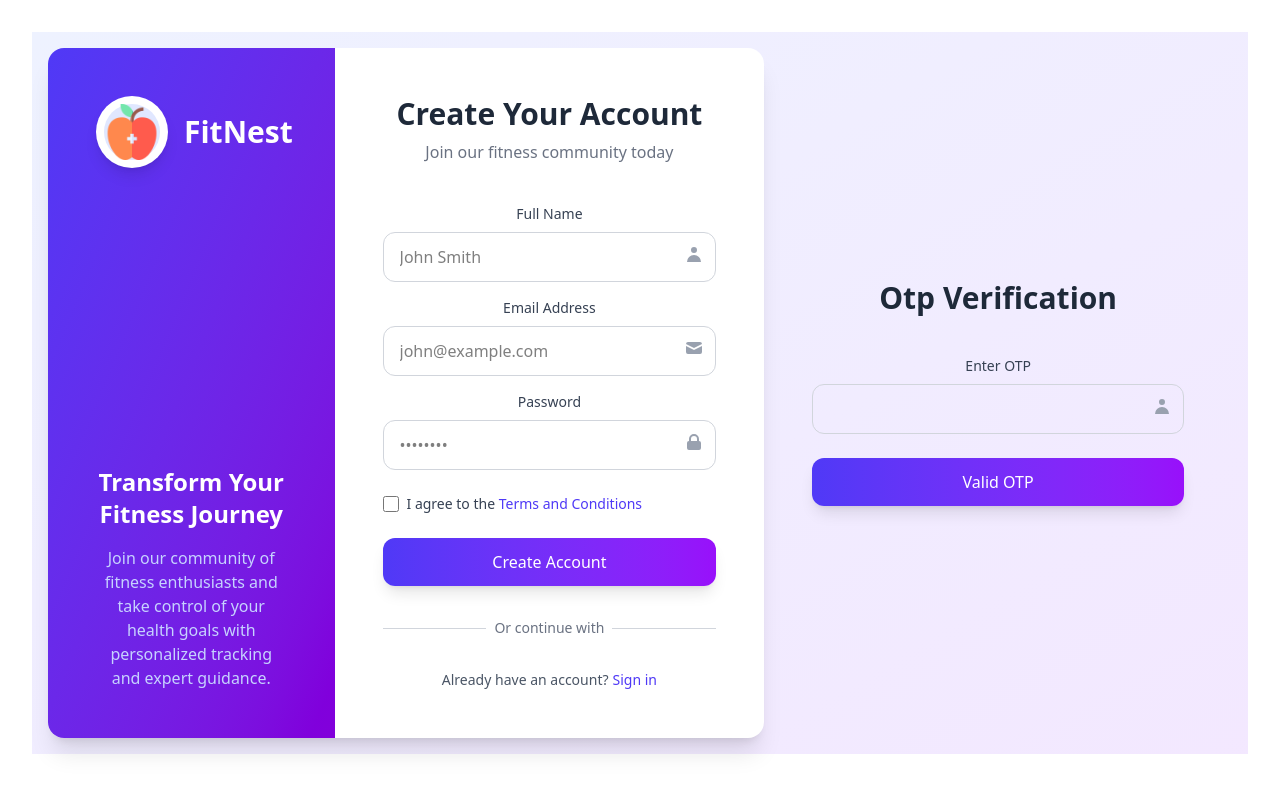
Repository: aryan151pratap/FitPanda
Page: / (app in frontened/)
These files come from the project's save history. The page is drawn as it stood at one moment and after the next save; the edit follows.
The browser window is 1280 px wide. The pictures show the whole page.
The project was rebuilt for these pictures with package versions that can differ from the ones it lists, and the page was loaded fresh each time. Also part of the build but not shown: frontened/vite.config.js.

Above is the page before, as saved 2025-06-03 23:35:19.

### frontened/src/App.jsx
import { useState } from 'react'
import './App.css'
import Page_1 from './components/page_1';
import Sign_up from './login/sign_up';

function App() {
  const [count, setCount] = useState(0)

  return (
    <>
    <div className=''>
      <Sign_up/>
      <Page_1/>
    </div>
    </>
  )
}

export default App

### frontened/src/components/page_1.jsx
function Page_1(){
	return(
		<>
		<div className="">

		</div>
		</>
	)
}

export default Page_1;

### frontened/src/login/sign_up.jsx
import React from 'react';
import apple from '../image/apple.png';
import Otp from './otp';

function Sign_up() {
  return (
    <div className="min-h-screen bg-gradient-to-br from-indigo-50 to-purple-100 flex items-center justify-center p-4">
      <div className="w-full max-w-6xl mx-auto">
        <div className="bg-white rounded-2xl shadow-xl overflow-hidden flex flex-col md:flex-row">
          {/* Left Section - Brand Showcase */}
          <div className="w-full md:w-2/5 bg-gradient-to-br from-indigo-600 to-purple-700 p-8 md:p-12 flex flex-col justify-between">
            <div className="flex items-center gap-4">
              <div className="bg-white p-2 rounded-full shadow-lg">
                <div className="bg-indigo-100 w-14 h-14 rounded-full flex items-center justify-center">
                  <img src={apple} alt="" />
                </div>
              </div>
              <h1 className="text-3xl font-bold text-white">FitNest</h1>
            </div>

            <div className="mt-12">
              <h2 className="text-2xl font-bold text-white">Transform Your Fitness Journey</h2>
              <p className="text-indigo-200 mt-4">
                Join our community of fitness enthusiasts and take control of your health goals with personalized tracking and expert guidance.
              </p>
            </div>

          </div>

          {/* Right Section - Sign Up Form */}
          <div className="w-full md:w-3/5 p-8 md:p-12">
            <div className="text-center mb-10">
              <h2 className="text-3xl font-bold text-gray-800">Create Your Account</h2>
              <p className="text-gray-500 mt-2">Join our fitness community today</p>
            </div>

            <form className="space-y-6">
              <div className="space-y-4">
                <div>
                  <label className="block text-gray-700 text-sm font-medium mb-2" htmlFor="name">
                    Full Name
                  </label>
                  <div className="relative">
                    <input
                      id="name"
                      type="text"
                      placeholder="John Smith"
                      className="w-full px-4 py-3 rounded-xl border border-gray-300 focus:outline-none focus:ring-2 focus:ring-indigo-500 focus:border-transparent transition-all"
                    />
                    <div className="absolute right-3 top-3 text-gray-400">
                      <svg xmlns="http://www.w3.org/2000/svg" className="h-5 w-5" viewBox="0 0 20 20" fill="currentColor">
                        <path fillRule="evenodd" d="M10 9a3 3 0 100-6 3 3 0 000 6zm-7 9a7 7 0 1114 0H3z" clipRule="evenodd" />
                      </svg>
                    </div>
                  </div>
                </div>

                <div>
                  <label className="block text-gray-700 text-sm font-medium mb-2" htmlFor="email">
                    Email Address
                  </label>
                  <div className="relative">
                    <input
                      id="email"
                      type="email"
                      placeholder="john@example.com"
                      className="w-full px-4 py-3 rounded-xl border border-gray-300 focus:outline-none focus:ring-2 focus:ring-indigo-500 focus:border-transparent transition-all"
                    />
                    <div className="absolute right-3 top-3 text-gray-400">
                      <svg xmlns="http://www.w3.org/2000/svg" className="h-5 w-5" viewBox="0 0 20 20" fill="currentColor">
                        <path d="M2.003 5.884L10 9.882l7.997-3.998A2 2 0 0016 4H4a2 2 0 00-1.997 1.884z" />
                        <path d="M18 8.118l-8 4-8-4V14a2 2 0 002 2h12a2 2 0 002-2V8.118z" />
                      </svg>
                    </div>
                  </div>
                </div>

                <div>
                  <label className="block text-gray-700 text-sm font-medium mb-2" htmlFor="password">
                    Password
                  </label>
                  <div className="relative">
                    <input
                      id="password"
                      type="password"
                      placeholder="••••••••"
                      className="w-full px-4 py-3 rounded-xl border border-gray-300 focus:outline-none focus:ring-2 focus:ring-indigo-500 focus:border-transparent transition-all"
                    />
                    <div className="absolute right-3 top-3 text-gray-400">
                      <svg xmlns="http://www.w3.org/2000/svg" className="h-5 w-5" viewBox="0 0 20 20" fill="currentColor">
                        <path fillRule="evenodd" d="M5 9V7a5 5 0 0110 0v2a2 2 0 012 2v5a2 2 0 01-2 2H5a2 2 0 01-2-2v-5a2 2 0 012-2zm8-2v2H7V7a3 3 0 016 0z" clipRule="evenodd" />
                      </svg>
                    </div>
                  </div>
                </div>


              </div>

              <div className="flex items-center">
                <input
                  id="terms"
                  type="checkbox"
                  className="h-4 w-4 text-indigo-600 focus:ring-indigo-500 border-gray-300 rounded"
                />
                <label htmlFor="terms" className="ml-2 block text-sm text-gray-700">
                  I agree to the <a href="#" className="text-indigo-600 hover:underline">Terms and Conditions</a>
                </label>
              </div>

              <button
                type="submit"
                className="w-full bg-gradient-to-r from-indigo-600 to-purple-600 text-white py-3 rounded-xl font-medium shadow-lg hover:from-indigo-700 hover:to-purple-700 transition-all duration-300 transform hover:-translate-y-0.5 focus:outline-none focus:ring-2 focus:ring-offset-2 focus:ring-indigo-500"
              >
                Create Account
              </button>
            </form>

            <div className="mt-8">
              <div className="relative">
                <div className="absolute inset-0 flex items-center">
                  <div className="w-full border-t border-gray-300"></div>
                </div>
                <div className="relative flex justify-center text-sm">
                  <span className="px-2 bg-white text-gray-500">Or continue with</span>
                </div>
              </div>

              <div className="mt-8 text-center text-sm text-gray-600">
                Already have an account?
                <a href="#" className="ml-1 font-medium text-indigo-600 hover:text-indigo-500 hover:underline">
                  Sign in
                </a>
              </div>
            </div>
          </div>
        </div>
      </div>
	  <Otp/>
    </div>
  );
}

export default Sign_up;

### frontened/src/login/otp.jsx
function Otp(){
	return(
		<>
		<div className="w-full md:w-3/5 p-8 md:p-12">
            <div className="text-center mb-10">
              <h2 className="text-3xl font-bold text-gray-800">Otp Verification</h2>
              <p className="text-gray-500 mt-2"></p>
            </div>

            <form className="space-y-6">
                <div>
                  <label className="block text-gray-700 text-sm font-medium mb-2" htmlFor="name">
                    Enter OTP
                  </label>
                  <div className="relative">
                    <input
                      id="name"
                      type="number"
                      className="w-full px-4 py-3 rounded-xl border border-gray-300 focus:outline-none focus:ring-2 focus:ring-indigo-500 focus:border-transparent transition-all"
                    />
                    <div className="absolute right-3 top-3 text-gray-400">
                      <svg xmlns="http://www.w3.org/2000/svg" className="h-5 w-5" viewBox="0 0 20 20" fill="currentColor">
                        <path fillRule="evenodd" d="M10 9a3 3 0 100-6 3 3 0 000 6zm-7 9a7 7 0 1114 0H3z" clipRule="evenodd" />
                      </svg>
                    </div>
                  </div>
                </div>

				<button
					type="submit"
					className="w-full bg-gradient-to-r from-indigo-600 to-purple-600 text-white py-3 rounded-xl font-medium shadow-lg hover:from-indigo-700 hover:to-purple-700 transition-all duration-300 transform hover:-translate-y-0.5 focus:outline-none focus:ring-2 focus:ring-offset-2 focus:ring-indigo-500"
				>
					Valid OTP
				</button>
            </form>


          </div>
		</>
	)
}

export default Otp;

Loaded but not shown: frontened/index.html (common file); frontened/src/main.jsx (common file); frontened/src/App.css (common file)

After the next save:
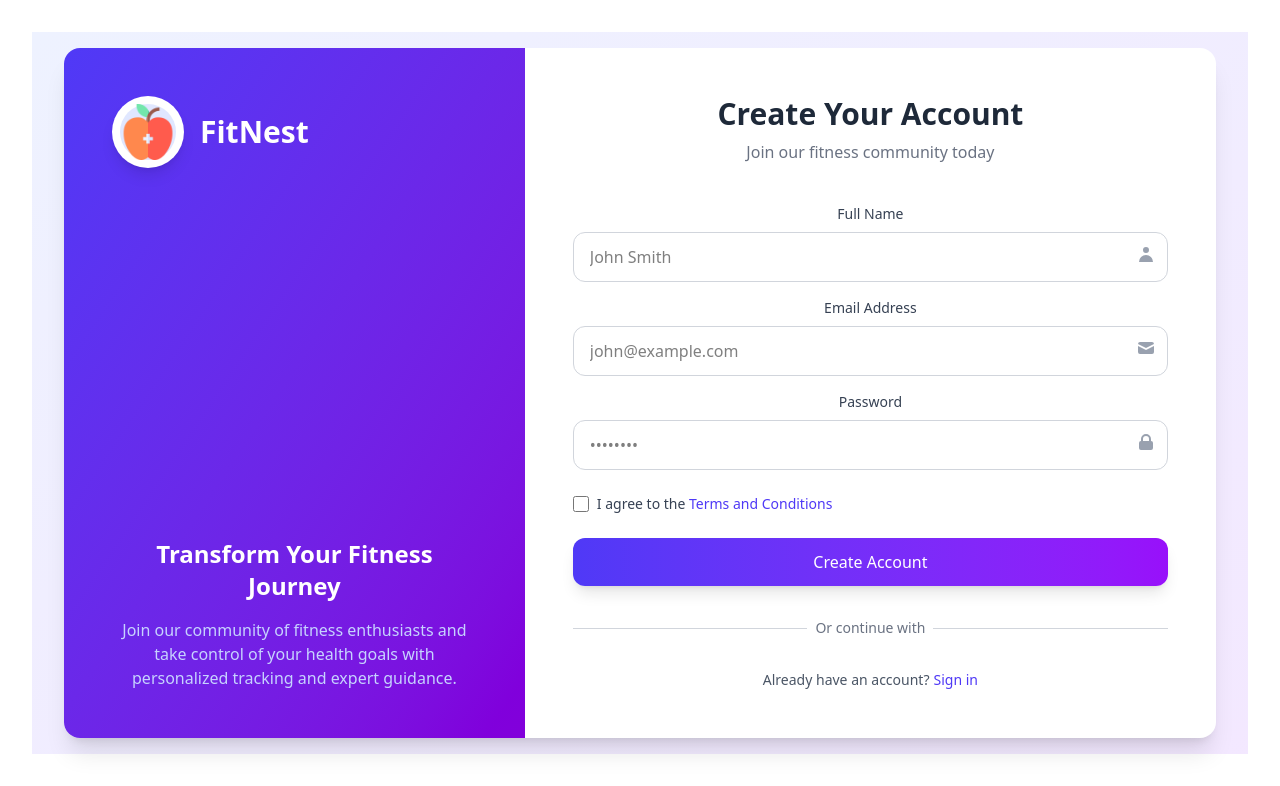
Saved 3 min 0 s later.
--- a/frontened/src/login/sign_up.jsx
+++ b/frontened/src/login/sign_up.jsx
@@ -1,8 +1,15 @@
-import React from 'react';
+import React, { useState } from 'react';
 import apple from '../image/apple.png';
 import Otp from './otp';
 
 function Sign_up() {
+
+	const [otp, setOtp] = useState(false);
+
+	const handle_login = function(){
+		setOtp(true);
+	}
+
   return (
     <div className="min-h-screen bg-gradient-to-br from-indigo-50 to-purple-100 flex items-center justify-center p-4">
       <div className="w-full max-w-6xl mx-auto">
@@ -111,6 +118,7 @@ function Sign_up() {
               <button
                 type="submit"
                 className="w-full bg-gradient-to-r from-indigo-600 to-purple-600 text-white py-3 rounded-xl font-medium shadow-lg hover:from-indigo-700 hover:to-purple-700 transition-all duration-300 transform hover:-translate-y-0.5 focus:outline-none focus:ring-2 focus:ring-offset-2 focus:ring-indigo-500"
+				onClick={handle_login}
               >
                 Create Account
               </button>
@@ -136,7 +144,6 @@ function Sign_up() {
           </div>
         </div>
       </div>
-	  <Otp/>
     </div>
   );
 }
